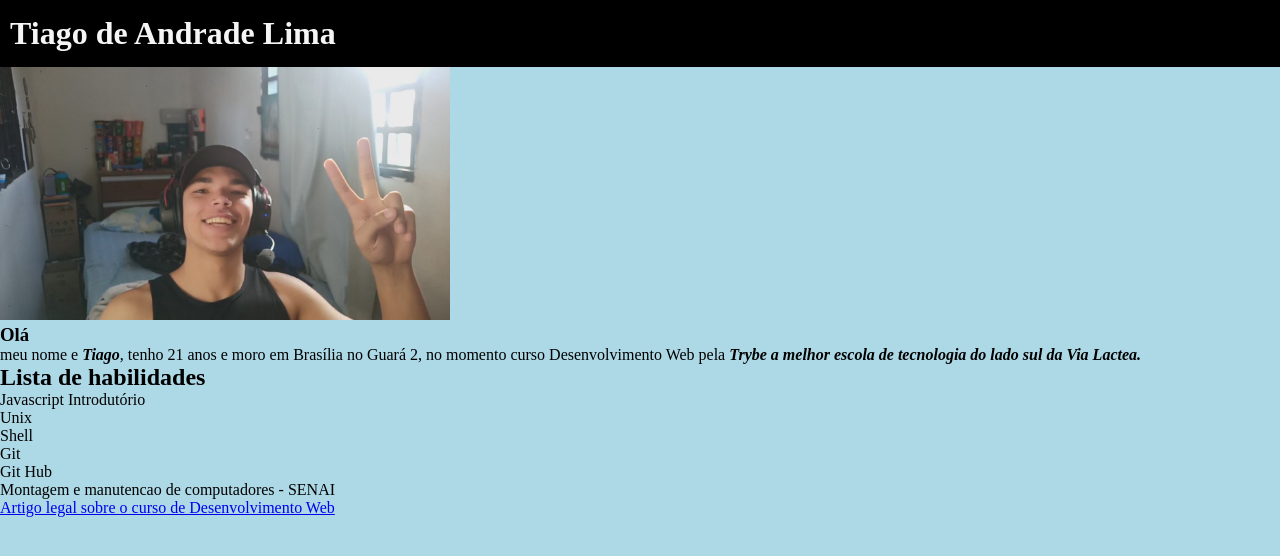
Repository: Batatiago/Batatiago.github.io
Page: index.html
These files come from the project's save history. The page is drawn as it stood at one moment and after the next save; the edit follows.
The browser window is 1280 px wide. The pictures show the whole page.

Above is the page before, as saved 2023-06-28 23:24:06.

After the next save:
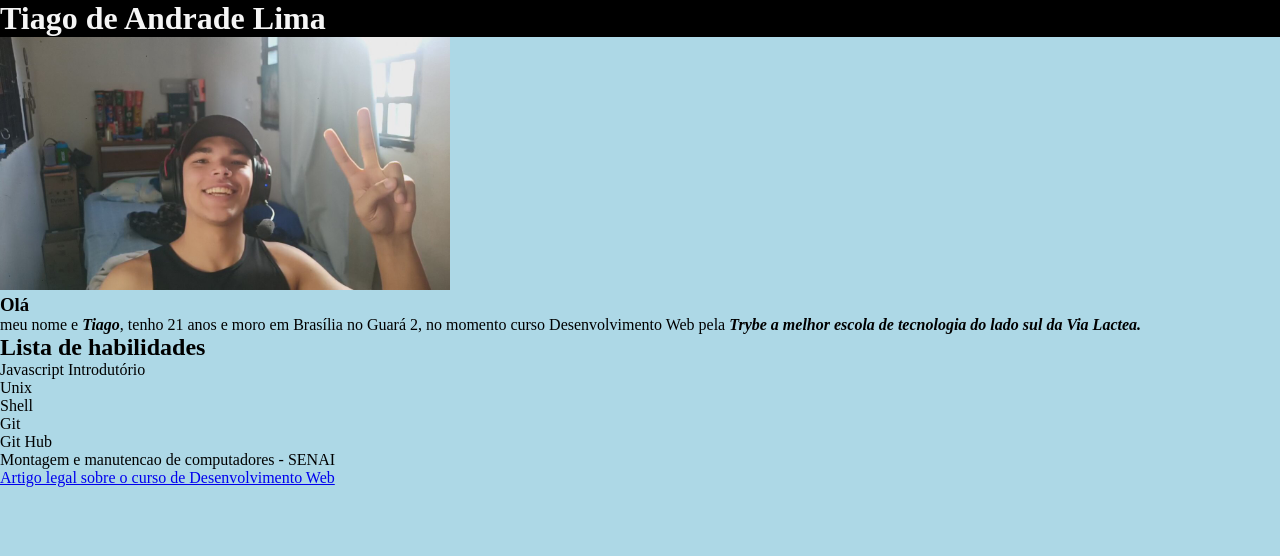
Saved 3 min 20 s later.
--- a/style.css
+++ b/style.css
@@ -1,12 +1,16 @@
-*{
-   background-color: lightblue;
-   margin: 0;
-   border: 0;
-   padding: 0;
+* {
+    background-color: lightblue;
+    margin: 0;
+    border: 0;
+    padding: 0;
 }
 
-.meuNome{
+.tiago {
+    padding: 15px 10px;
+
+}
+
+.meuNome {
     background-color: black;
     color: whitesmoke;
-    padding: 15px 10px;
 }

After the 2 saves that followed:
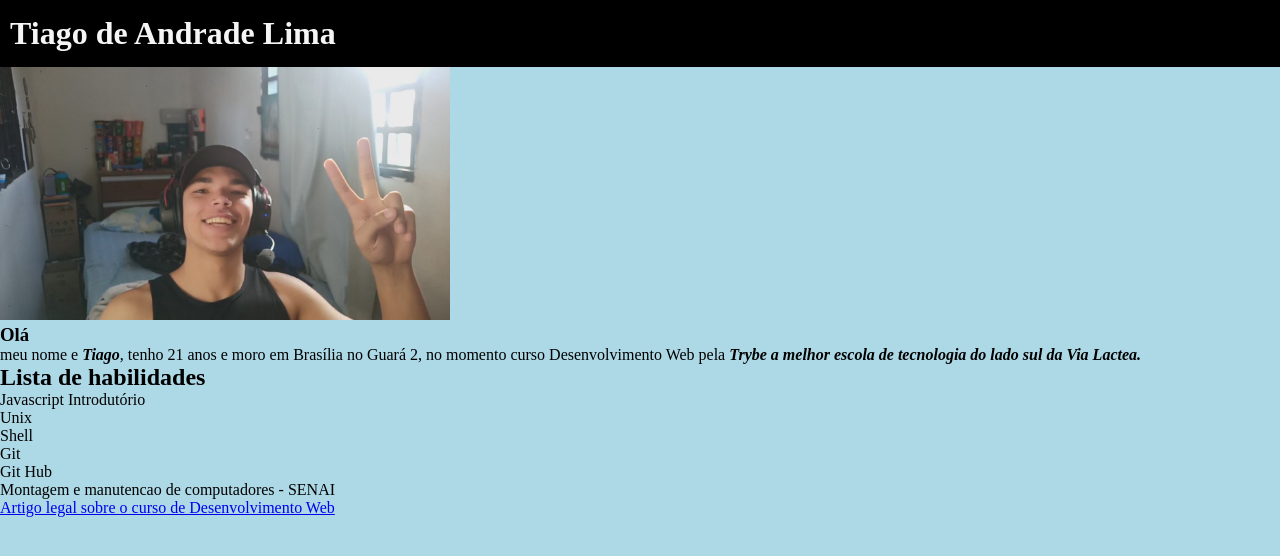
The 2 saves are shown as one change because 1 left the picture as it was.
The last was saved 81 s later.
--- a/style.css
+++ b/style.css
@@ -6,11 +6,10 @@
 }
 
 .tiago {
-    padding: 15px 10px;
-
 }
 
 .meuNome {
     background-color: black;
     color: whitesmoke;
+    padding: 15px 10px;
 }
